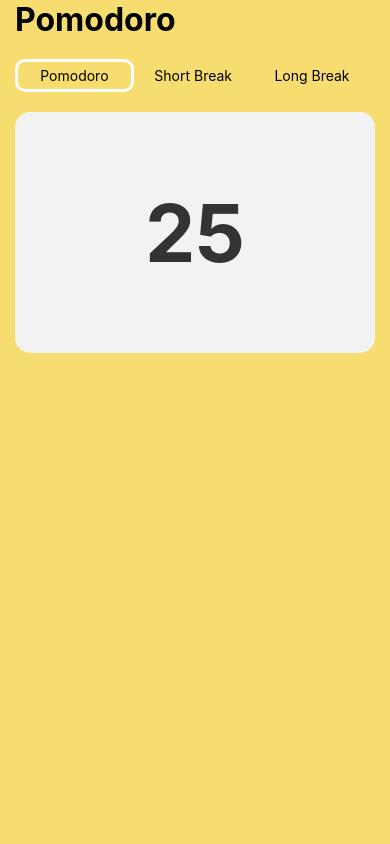
Repository: rchavarria77/pomodoro-app
Screen: /
An editor plug-in stored every save of this project. The screen is shown before and after the next save, followed by the edit.
The app was drawn by React Native's web renderer in a window 390 px wide. The project was rebuilt for these pictures with package versions that can differ from the ones it lists, and the page was loaded fresh each time.

Above is the screen before, as saved 2024-02-01 01:02:26.

After the next save:
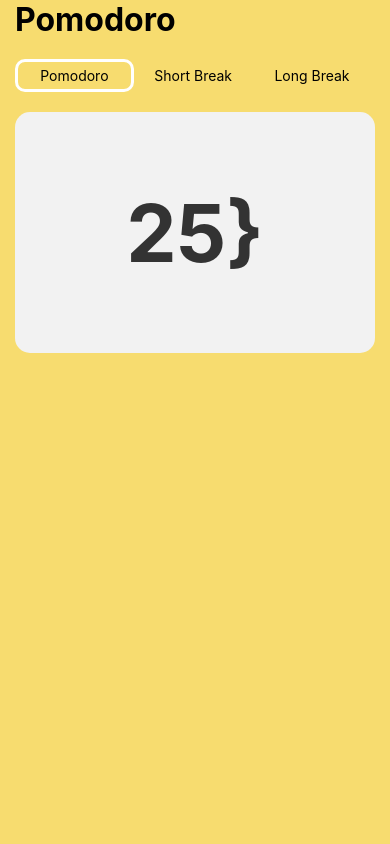
Saved 13 s later.
--- a/src/components/Timer.jsx
+++ b/src/components/Timer.jsx
@@ -1,7 +1,9 @@
 import { StyleSheet, Text, View } from 'react-native';
 
 export const Timer = ({ time }) => {
-  const formattedTime = `${Math.floor(time / 60).toString()}`;
+  const formattedTime = `${Math.floor(time / 60)
+    .toString()
+    .padStart('0')}}`;
 
   return (
     <View style={styles.container}>

After the save that followed:
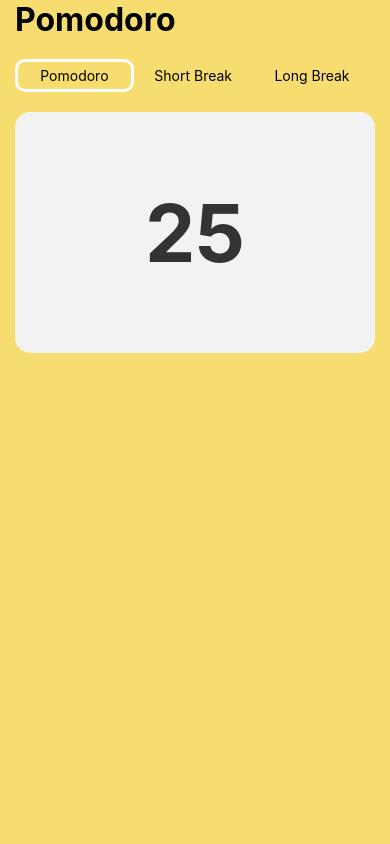
Saved 7 s later.
--- a/src/components/Timer.jsx
+++ b/src/components/Timer.jsx
@@ -3,7 +3,7 @@
 export const Timer = ({ time }) => {
   const formattedTime = `${Math.floor(time / 60)
     .toString()
-    .padStart('0')}}`;
+    .padStart('0')}`;
 
   return (
     <View style={styles.container}>
